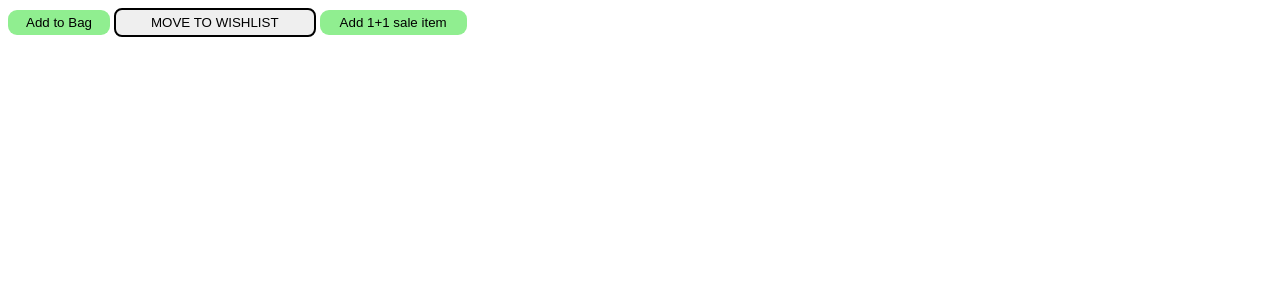
Repository: nihalani20/Learning-Js
Page: practice_set2/index.html
An editor plug-in stored every save of this project. The page is shown before and after a run of saves, followed by the edit.
The browser window is 1280 px wide. The pictures show the whole page.

Above is the page before, as saved 2023-12-09 12:29:30.

### practice_set2/index.html
<!DOCTYPE html>
<html lang="en">
<head>
  <meta charset="UTF-8">
  <meta name="viewport" content="width=device-width, initial-scale=1.0">
  <title>Myntra bag exercise</title>
  <link  href="/practice_set2/style.css" rel="stylesheet">
  <link href="/practice_set2/index.js" >
</head>
<body>
  <main>
     <button class="bag" onclick="alert('Added to bag')">Add to Bag</button>
      <button class="wishlist" onclick="alert('Added to wishlist')">MOVE TO WISHLIST</button>
      <button class="item" onclick="alert('Item added')">Add 1+1 sale item</button>

  </main>
</body>
</html>

### practice_set2/style.css
.bag{
  background-color:lightgreen;
  border:none;
  padding: 5px 18px 5px 18px;
  border-radius:9px;

}

.wishlist{
  padding:5px 35px 5px 35px;
  border:2px solid black;
  border-radius:8px;
  cu
}

.item{
  background-color:lightgreen;
  border: none;
  padding: 5px 20px 5px 20px;
  border-radius: 9px;
  cursor: pointer;
}

After the next 4 saves:
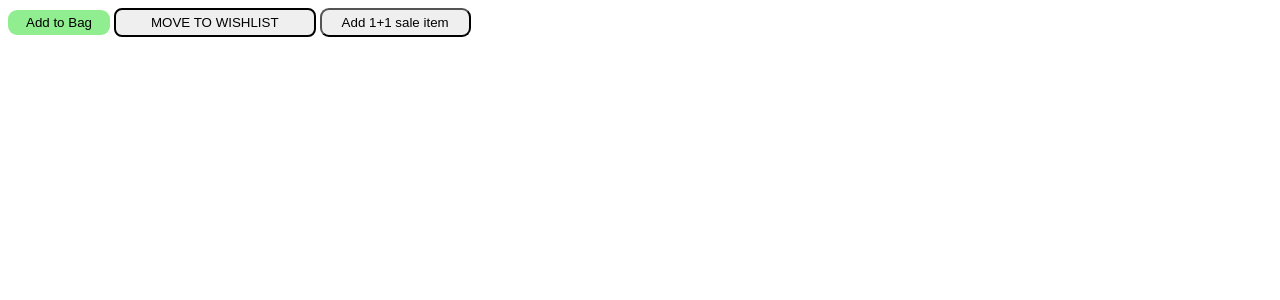
The 4 saves are shown as one change because they came seconds apart.
The last was saved 17 s later.
--- a/practice_set2/style.css
+++ b/practice_set2/style.css
@@ -14,7 +14,7 @@
 }
 
 .item{
-  background-color:lightgreen;
+  background-color: light
   border: none;
   padding: 5px 20px 5px 20px;
   border-radius: 9px;
